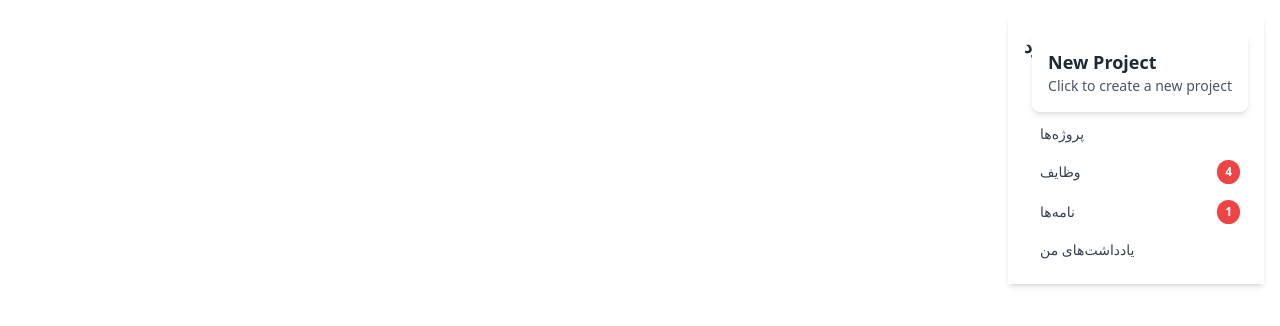
Repository: spnovaa/work-hive
Page: /projects (app in front_end/)
These files come from the project's save history. The page is drawn as it stood at one moment and after the next save; the edit follows.
The browser window is 1280 px wide. The pictures show the whole page.
The page's requests for data from a server got no answer. The project was rebuilt for these pictures with package versions that can differ from the ones it lists, and the page was loaded fresh each time. No one was signed in, and anything a server would have sent is missing. Also part of the build but not shown: front_end/src/api/auth.js, front_end/src/pages/login.jsx, front_end/src/pages/registration.jsx, front_end/src/components/profile/dropdown.jsx, front_end/src/components/profile/profileSection.jsx, front_end/src/pages/home.jsx, front_end/src/components/loadingSpinner.jsx, front_end/src/components/project/projectDetails.jsx and 1 more.

Above is the page before, as saved 2025-01-16 22:19:29.

After the next save:
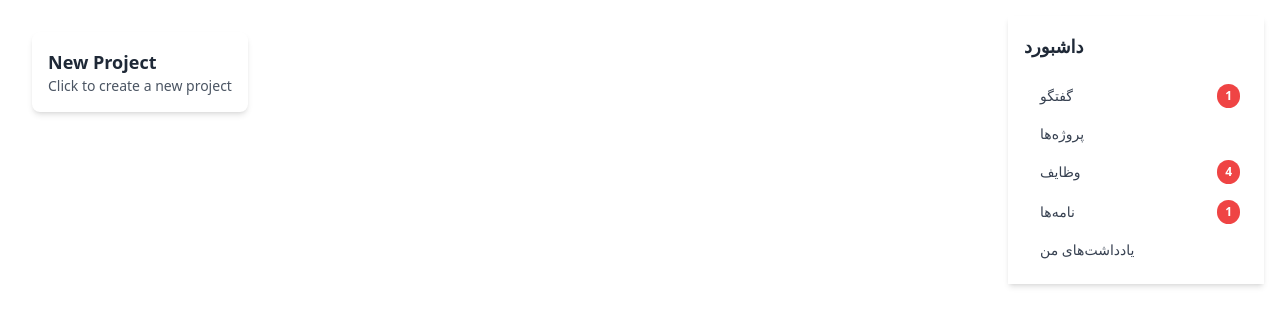
Saved 2 min 25 s later.
--- a/front_end/src/components/project/projectDashboard.jsx
+++ b/front_end/src/components/project/projectDashboard.jsx
@@ -30,21 +30,22 @@ function ProjectsDashboard() {
     if (error) return <div className="text-center text-red-500">Error: {error}</div>;
 
     return (
-        <div className="flex space-x-4 overflow-x-auto p-4 flex-row-reverse">
-            {projects.map((project) => (
+        <div className="flex overflow-x-auto p-4" style={{ marginRight: '16rem' }}>
+            <div className="flex space-x-4 flex-row-reverse">
+                {projects.map((project) => (
+                    <ProjectCard
+                        key={project.id}
+                        project={project}
+                        onClick={() => navigate(`/projects/${project.id}`)}
+                    />
+                ))}
                 <ProjectCard
-                    key={project.id}
-                    project={project}
-                    onClick={() => navigate(`/projects/${project.id}`)}
+                    project={{ name: '', description: '' }}
+                    onClick={() => navigate('/projects/new')}
                 />
-            ))}
-            <ProjectCard
-                project={{ name: '', description: '' }}
-                onClick={() => navigate('/projects/new')}
-            />
+            </div>
         </div>
     );
-
 }
 
 export default ProjectsDashboard;
